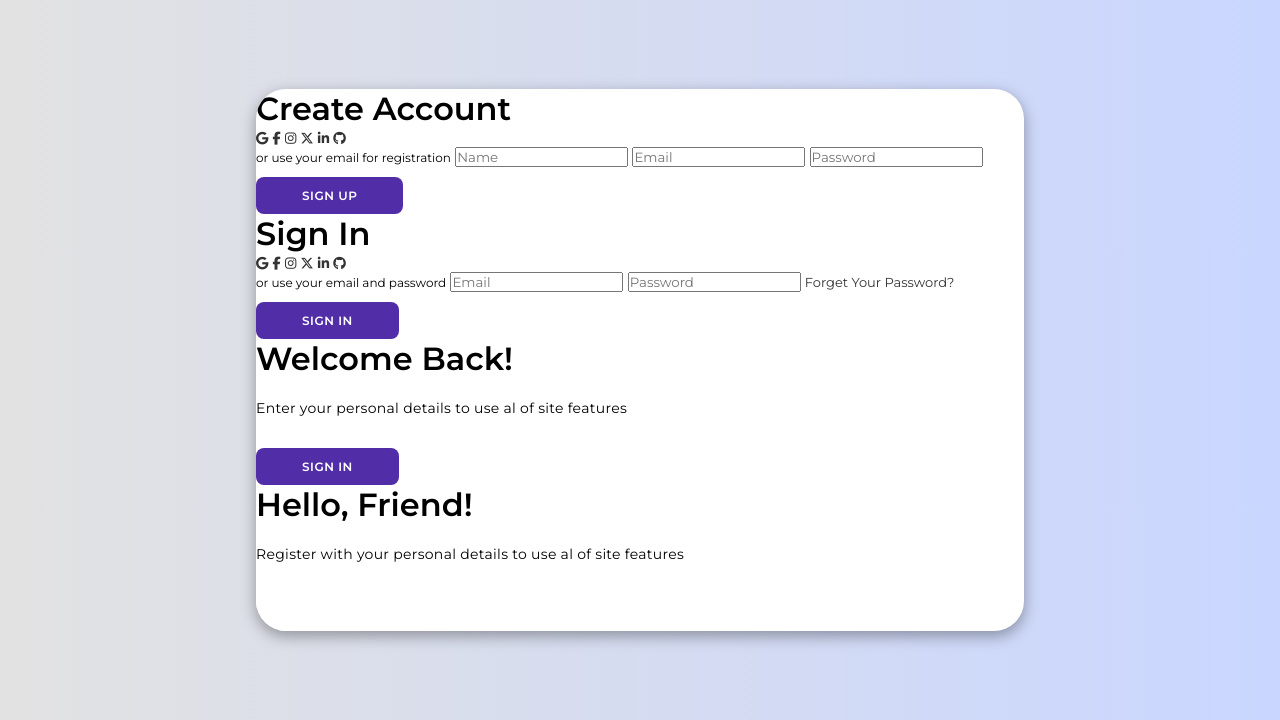
Repository: DevMike1993/Animated_Login_Page
Page: index.html
These files come from the project's save history. The page is drawn as it stood at one moment and after the next save; the edit follows.
The browser window is 1280 px wide. The pictures show the whole page.

Above is the page before, as saved 2023-12-17 20:02:06.

### index.html
<!DOCTYPE html>
<html lang="en">
<head>
    <meta charset="UTF-8">
    <meta name="viewport" content="width=device-width, initial-scale=1.0">
    <link rel="stylesheet" href="https://cdnjs.cloudflare.com/ajax/libs/font-awesome/6.5.1/css/all.min.css">
    <link rel="stylesheet" href="style.css">
    <title>Animated Login Page</title>
</head>
<body>

    <div class="container" id="container">
        <div class="form-container sign-up">
            <form>
                <h1>Create Account</h1>
                <div class="social-icons">
                    <a href="#" class="icon"><i class="fa-brands fa-google"></i></a>
                    <a href="#" class="icon"><i class="fa-brands fa-facebook-f"></i></a>
                    <a href="#" class="icon"><i class="fa-brands fa-instagram"></i></a>
                    <a href="#" class="icon"><i class="fa-brands fa-x-twitter"></i></a>
                    <a href="#" class="icon"><i class="fa-brands fa-linkedin-in"></i></a>
                    <a href="#" class="icon"><i class="fa-brands fa-github"></i></a>
                </div>
                <span>or use your email for registration</span>
                <input type="text" placeholder="Name">
                <input type="email" placeholder="Email">
                <input type="password" placeholder="Password">
                <button>Sign Up</button>
            </form>
        </div>
        <div class="form-container sign-in">
            <form>
                <h1>Sign In</h1>
                <div class="social-icons">
                    <a href="#" class="icon"><i class="fa-brands fa-google"></i></a>
                    <a href="#" class="icon"><i class="fa-brands fa-facebook-f"></i></a>
                    <a href="#" class="icon"><i class="fa-brands fa-instagram"></i></a>
                    <a href="#" class="icon"><i class="fa-brands fa-x-twitter"></i></a>
                    <a href="#" class="icon"><i class="fa-brands fa-linkedin-in"></i></a>
                    <a href="#" class="icon"><i class="fa-brands fa-github"></i></a>
                </div>
                <span>or use your email and password</span>
                <input type="email" placeholder="Email">
                <input type="password" placeholder="Password">
                <a href="#">Forget Your Password?</a>
                <button>Sign In</button>
            </form>
        </div>
        <div class="toggle-container">
            <div class="toggle">
                <div class="toggle-panel toggle-left">
                    <h1>Welcome Back!</h1>
                    <p>Enter your personal details to use al of site features</p>
                    <button class="hiden" id="login">Sign In</button>
                </div>
                <div class="toggle-panel toggle-right">
                    <h1>Hello, Friend!</h1>
                    <p>Register with your personal details to use al of site features</p>
                    <button class="hidden" id="register">Sign Up</button>
                </div>
            </div>
        </div>
    </div>

    <script src="script.js"></script>
</body>
</html>

### style.css
@import url('https://fonts.googleapis.com/css2?family=Montserrat:ital,wght@0,200;0,300;0,400;0,500;0,600;1,200;1,300&family=Poppins&display=swap');

*{
    margin: 0;
    padding: 0;
    box-sizing: border-box;
    font-family: "Montserrat", sans-serif;
}

body{
    background-color: #c9d6ff;
    background: linear-gradient(to right, #e2e2e2, #c9d6ff);
    display: flex;
    align-items: center;
    justify-content: center;
    flex-direction: column;
    height: 100vh;
}

.container{
    background-color: #fff;
    border-radius: 30px;
    box-shadow: 0 5px 15px rgba(0, 0, 0, 0.35);
    position: relative;
    overflow: hidden;
    width: 768px;
    max-width: 100%;
    min-height: 480px;
}

.container p{
    font-size: 14px;
    line-height: 20px;
    letter-spacing: 0.3px;
    margin: 20px 0;
}

.container span{
    font-size: 12px;
}

.container a{
    color: #333;
    font-size: 13px;
    text-decoration: none;
    margin: 15px 0 10px;
}

.container button{
    background-color: #512da8;
    color: #fff;
    font-size: 12px;
    padding: 10px 45px;
    border: 1px solid transparent;
    border-radius: 8px;
    font-weight: 600;
    letter-spacing: 0.5px;
    text-transform: uppercase;
    margin-top: 10px;
    cursor: pointer;
}

.container button.hidden{
    background-color: transparent;
    border-color: #fff;
}

Loaded but not shown: script.js (no copy from this time; the picture is the same without it)

After the next save:
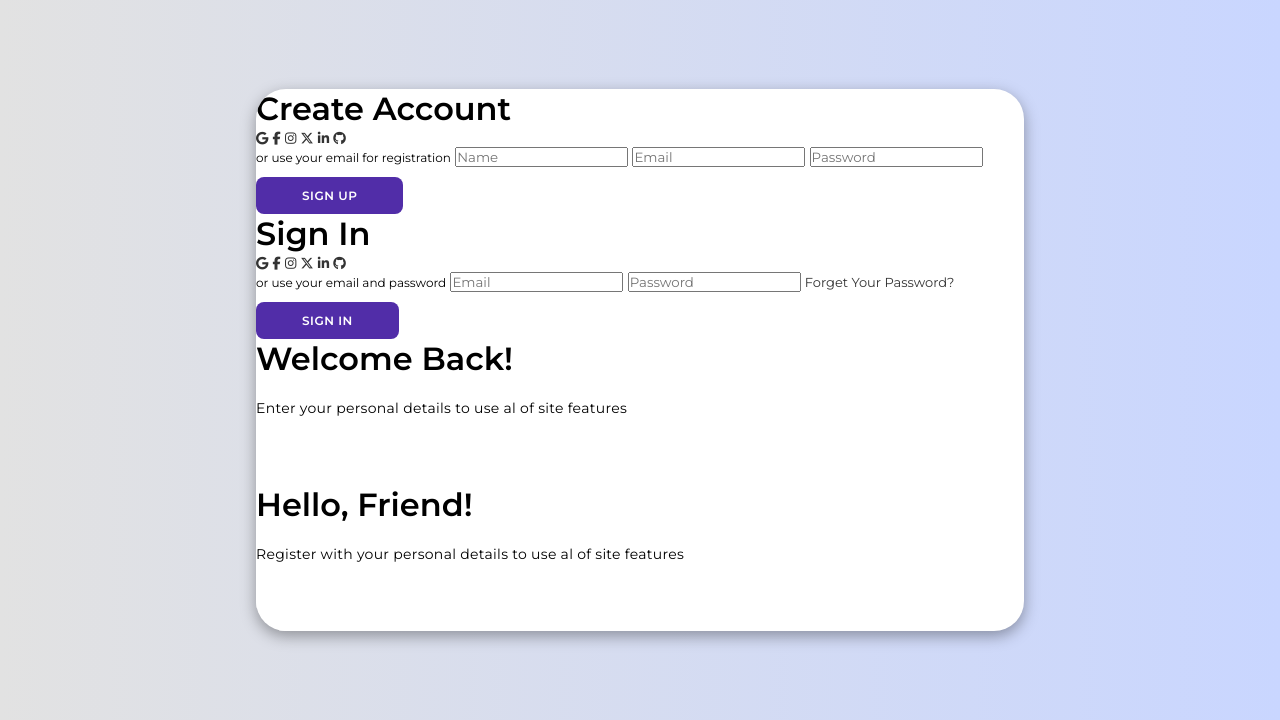
Saved 6 s later.
--- a/index.html
+++ b/index.html
@@ -51,7 +51,7 @@
                 <div class="toggle-panel toggle-left">
                     <h1>Welcome Back!</h1>
                     <p>Enter your personal details to use al of site features</p>
-                    <button class="hiden" id="login">Sign In</button>
+                    <button class="hidden" id="login">Sign In</button>
                 </div>
                 <div class="toggle-panel toggle-right">
                     <h1>Hello, Friend!</h1>
